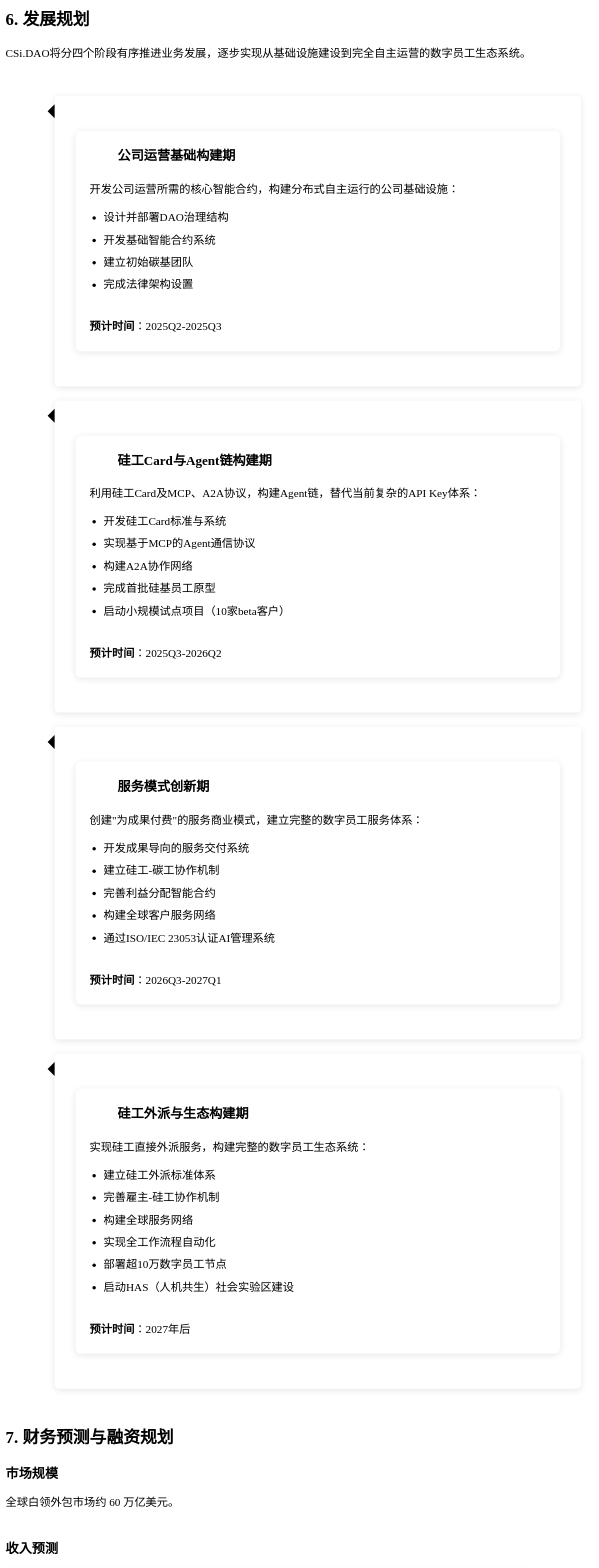
Repository: delez911/ainize
Page: static-site/src/components/development/development.html
An editor plug-in stored every save of this project. The page is shown before and after the next save, followed by the edit.
The browser window is 768 px wide. The page is 855 px wide, so the pictures cover 855 px, including what lies to the right of the window. The pictures show the part of the page from y = 0 to 2240 px (the page is 2754 px tall), at 70% of full size.

Above is the page before, as saved 2025-04-24 10:22:57.

### static-site/src/components/development/development.html
<section id="development" class="section">
  <div class="section-container">
    <h2 class="section-title">6. 发展规划</h2>
    <div class="content">
      <p>CSi.DAO将分四个阶段有序推进业务发展，逐步实现从基础设施建设到完全自主运营的数字员工生态系统。</p>

      <div class="timeline">
        <div class="timeline-container timeline-left">
          <div class="timeline-content">
            <div class="phase">
              <h3><span class="phase-number">0</span>公司运营基础构建期</h3>
              <p>开发公司运营所需的核心智能合约，构建分布式自主运行的公司基础设施：</p>
              <ul>
                <li>设计并部署DAO治理结构</li>
                <li>开发基础智能合约系统</li>
                <li>建立初始碳基团队</li>
                <li>完成法律架构设置</li>
              </ul>
              <div class="time-info">
                <p><strong>预计时间</strong>：2025Q2-2025Q3</p>
              </div>
            </div>
          </div>
        </div>
        <div class="timeline-container timeline-right">
          <div class="timeline-content">
            <div class="phase">
              <h3><span class="phase-number">1</span>硅工Card与Agent链构建期</h3>
              <p>利用硅工Card及MCP、A2A协议，构建Agent链，替代当前复杂的API Key体系：</p>
              <ul>
                <li>开发硅工Card标准与系统</li>
                <li>实现基于MCP的Agent通信协议</li>
                <li>构建A2A协作网络</li>
                <li>完成首批硅基员工原型</li>
                <li>启动小规模试点项目（10家beta客户）</li>
              </ul>
              <div class="time-info">
                <p><strong>预计时间</strong>：2025Q3-2026Q2</p>
              </div>
            </div>
          </div>
        </div>
        <div class="timeline-container timeline-left">
          <div class="timeline-content">
            <div class="phase">
              <h3><span class="phase-number">2</span>服务模式创新期</h3>
              <p>创建"为成果付费"的服务商业模式，建立完整的数字员工服务体系：</p>
              <ul>
                <li>开发成果导向的服务交付系统</li>
                <li>建立硅工-碳工协作机制</li>
                <li>完善利益分配智能合约</li>
                <li>构建全球客户服务网络</li>
                <li>通过ISO/IEC 23053认证AI管理系统</li>
              </ul>
              <div class="time-info">
                <p><strong>预计时间</strong>：2026Q3-2027Q1</p>
              </div>
            </div>
          </div>
        </div>
        <div class="timeline-container timeline-right">
          <div class="timeline-content">
            <div class="phase">
              <h3><span class="phase-number">3</span>硅工外派与生态构建期</h3>
              <p>实现硅工直接外派服务，构建完整的数字员工生态系统：</p>
              <ul>
                <li>建立硅工外派标准体系</li>
                <li>完善雇主-硅工协作机制</li>
                <li>构建全球服务网络</li>
                <li>实现全工作流程自动化</li>
                <li>部署超10万数字员工节点</li>
                <li>启动HAS（人机共生）社会实验区建设</li>
              </ul>
              <div class="time-info">
                <p><strong>预计时间</strong>：2027年后</p>
              </div>
            </div>
          </div>
        </div>
      </div>
    </div>
  </div>
</section>

<section id="financial" class="section">
  <div class="section-container">
    <h2 class="section-title">7. 财务预测与融资规划</h2>
    <div class="content">
      <div class="market-size">
        <h3>市场规模</h3>
        <p>全球白领外包市场约 60 万亿美元。</p>
      </div>

      <div class="revenue-projection">
        <h3>收入预测</h3>
        <table class="financial-table">
          <thead>
            <tr>
              <th>年度</th>
              <th>收入（亿美元）</th>
              <th>备注</th>
            </tr>
          </thead>
          <tbody>
            <tr>
              <td>2025</td>
              <td>0.5</td>
              <td>0–1 期试点</td>
            </tr>
            <tr>
              <td>2026</td>
              <td>20</td>
              <td>Agent 链规模化</td>
            </tr>
            <tr>
              <td>2027</td>
              <td>100</td>
              <td>硅工外派</td>
            </tr>
          </tbody>
        </table>
      </div>

      <div class="funding-plan">
        <h3>融资规划</h3>
        <table class="financial-table">
          <thead>
            <tr>
              <th>轮次</th>
              <th>时间</th>
              <th>金额</th>
              <th>用途</th>
            </tr>
          </thead>
          <tbody>
            <tr>
              <td>种子轮</td>
              <td>2025 Q2</td>
              <td>100 万美元</td>
              <td>合约开发与团队组建</td>
            </tr>
            <tr>
              <td>A 轮</td>
              <td>2026 Q3</td>
              <td>500 万美元</td>
              <td>技术扩展与市场推广</td>
            </tr>
            <tr>
              <td>B 轮</td>
              <td>2027 Q4</td>
              <td>2000 万美元</td>
              <td>全球化运营与生态建设</td>
            </tr>
          </tbody>
        </table>
      </div>
    </div>
  </div>
</section>

<link rel="stylesheet" href="/styles/timeline.css">
<link rel="stylesheet" href="/styles/financial.css">

### static-site/src/styles/timeline.css
.timeline {
    position: relative;
    max-width: 1200px;
    margin: 40px auto;
}

.timeline::after {
    content: '';
    position: absolute;
    width: 6px;
    background-color: var(--dark-color);
    top: 0;
    bottom: 0;
    left: 50%;
    margin-left: -3px;
}

.timeline-container {
    padding: 10px 40px;
    position: relative;
    background-color: inherit;
    width: 50%;
}

.timeline-container::after {
    content: '';
    position: absolute;
    width: 25px;
    height: 25px;
    right: -13px;
    background-color: white;
    border: 4px solid var(--secondary-color);
    top: 15px;
    border-radius: 50%;
    z-index: 1;
}

.timeline-left {
    left: 0;
}

.timeline-right {
    left: 50%;
}

.timeline-left::before {
    content: " ";
    height: 0;
    position: absolute;
    top: 22px;
    width: 0;
    z-index: 1;
    right: 30px;
    border: medium solid var(--light-color);
    border-width: 10px 0 10px 10px;
    border-color: transparent transparent transparent var(--light-color);
}

.timeline-right::before {
    content: " ";
    height: 0;
    position: absolute;
    top: 22px;
    width: 0;
    z-index: 1;
    left: 30px;
    border: medium solid var(--light-color);
    border-width: 10px 10px 10px 0;
    border-color: transparent var(--light-color) transparent transparent;
}

.timeline-right::after {
    left: -12px;
}

.timeline-content {
    padding: 20px 30px;
    background-color: white;
    position: relative;
    border-radius: 6px;
    box-shadow: 0 2px 10px rgba(0,0,0,0.1);
}

.phase {
    margin: 30px 0;
    padding: 20px;
    border-radius: 8px;
    background-color: white;
    box-shadow: 0 2px 10px rgba(0,0,0,0.1);
    border-left: 5px solid var(--primary-color);
}

.phase h3 {
    margin-top: 0;
    color: var(--dark-color);
}

.phase-number {
    display: inline-block;
    width: 30px;
    height: 30px;
    background-color: var(--secondary-color);
    color: white;
    text-align: center;
    line-height: 30px;
    border-radius: 50%;
    margin-right: 10px;
}

.phase ul {
    padding-left: 20px;
}

.phase li {
    margin-bottom: 8px;
}

.time-info {
    margin-top: 15px;
    padding-top: 15px;
    border-top: 1px solid var(--light-color);
}

.time-info p {
    margin: 5px 0;
}

@media screen and (max-width: 768px) {
    .timeline::after {
        left: 31px;
    }

    .timeline-container {
        width: 100%;
        padding-left: 70px;
        padding-right: 25px;
    }

    .timeline-container::after {
        left: 18px;
    }

    .timeline-right {
        left: 0;
    }

    .timeline-right::after {
        left: 18px;
    }

    .timeline-left::before,
    .timeline-right::before {
        left: 60px;
        border: solid transparent;
        border-right-color: var(--light-color);
        border-width: 10px;
        margin-left: -10px;
    }
}

### static-site/src/styles/financial.css
.financial-table {
    width: 100%;
    border-collapse: collapse;
    margin: 20px 0;
    background-color: white;
    box-shadow: 0 2px 10px rgba(0,0,0,0.1);
}

.financial-table th,
.financial-table td {
    padding: 12px 15px;
    text-align: left;
    border-bottom: 1px solid var(--light-color);
}

.financial-table th {
    background-color: var(--light-color);
    font-weight: 600;
}

.financial-table tr:hover {
    background-color: rgba(0,0,0,0.02);
}

.market-size,
.revenue-projection,
.funding-plan {
    margin-bottom: 40px;
}

.market-size h3,
.revenue-projection h3,
.funding-plan h3 {
    color: var(--dark-color);
    margin-bottom: 15px;
}

@media screen and (max-width: 768px) {
    .financial-table {
        display: block;
        overflow-x: auto;
    }
}

After the next save:
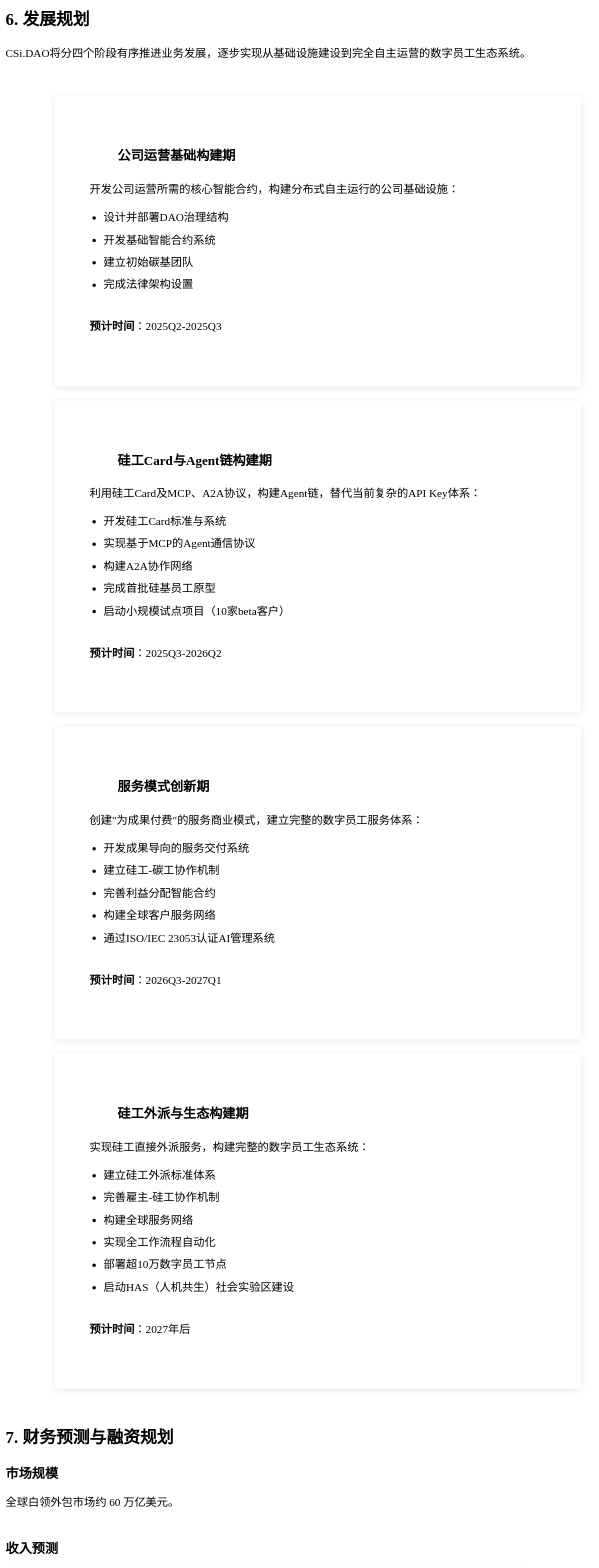
Saved 96 s later.
--- a/static-site/src/styles/timeline.css
+++ b/static-site/src/styles/timeline.css
@@ -86,8 +86,6 @@
     padding: 20px;
     border-radius: 8px;
     background-color: white;
-    box-shadow: 0 2px 10px rgba(0,0,0,0.1);
-    border-left: 5px solid var(--primary-color);
 }
 
 .phase h3 {
@@ -134,6 +132,7 @@
         width: 100%;
         padding-left: 70px;
         padding-right: 25px;
+        left: 0;
     }
 
     .timeline-container::after {
@@ -144,16 +143,11 @@
         left: 0;
     }
 
-    .timeline-right::after {
-        left: 18px;
-    }
-
     .timeline-left::before,
     .timeline-right::before {
         left: 60px;
-        border: solid transparent;
-        border-right-color: var(--light-color);
-        border-width: 10px;
-        margin-left: -10px;
+        border: medium solid var(--light-color);
+        border-width: 10px 10px 10px 0;
+        border-color: transparent var(--light-color) transparent transparent;
     }
 }
